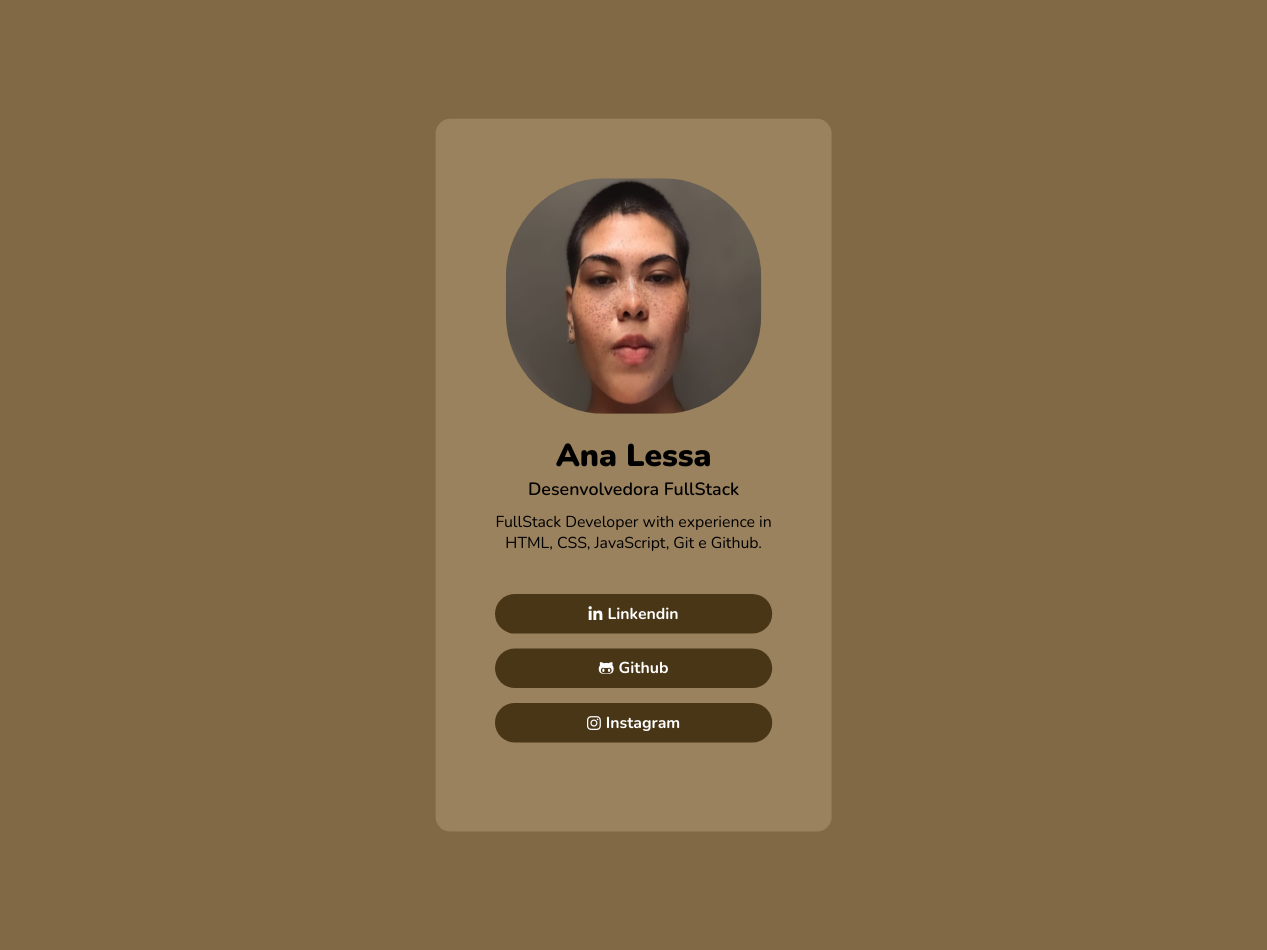
Repository: analessp/linktree
Page: index.html
An editor plug-in stored every save of this project. The page is shown before and after the next save, followed by the edit.
The browser window is 1280 px wide. The pictures show the whole page, at 99% of full size.

Above is the page before, as saved 2025-04-11 11:26:58.

### index.html
<!DOCTYPE html>
<html lang="pt-BR">
<head>
    <meta charset="UTF-8">
    <meta name="viewport" content="width=device-width, initial-scale=1.0">
    <title>Linktree Ana Lessa</title>
    <link rel="stylesheet" href="style.css">
    <link rel="preconnect" href="https://fonts.googleapis.com">
    <link rel="preconnect" href="https://fonts.gstatic.com" crossorigin>
    <link href="https://fonts.googleapis.com/css2?family=Nunito:ital,wght@0,200..1000;1,200..1000&display=swap" rel="stylesheet">
    <link rel="stylesheet" href="https://cdnjs.cloudflare.com/ajax/libs/font-awesome/6.5.0/css/all.min.css">
</head>
<body>
    <div class="container-main">
    <div class="container-image">
        <img src="./assets/img.jpg" alt="Foto de Ana Lessa">
    </div>
    <div class="container-infos">
        <h1>Ana Lessa</h1>
        <h2>Desenvolvedora FullStack</h2>
    </div>
    <div class="container-easter-egg">
        <p>FullStack Developer with experience in HTML, CSS, JavaScript, Git e Github.</p>
    </div>
    <div class="container-social-links">
        <ul>
            <a href="https://www.linkedin.com/in/ana-lessa-2a312a253/" target="_blank">
            <li>
            <i class="fa-brands fa-linkedin-in"></i>
            <p>Linkendin</p>
            </li></a>
            <a href="https://github.com/analessp" target="_blank">
            <li>
            <i class="fa-brands fa-github-alt"></i>
            <p>Github</p>
            </li></a>
            <a href="https://www.instagram.com/analessp/" target="_blank">
            <li>
            <i class="fa-brands fa-instagram"></i>
            <p>Instagram</p>
            </li></a>
        </ul>
    </div>
    </div>
</body>
</html>

### style.css
* {
    font-family: "Nunito", sans-serif;
    margin: 0;
    padding: 0;
    box-sizing: border-box;
}

body {
    background: #816946;
}

@keyframes gradientShift {
    0% { background-position: 0% 50%; }
    50% { background-position: 100% 50%; }
    100% { background-position: 0% 50%; }
  }

.container-main {
    background-color: #9b825e;
    width: 400px;
    height: 720px;
    box-sizing: border-box;
    margin: 120px auto;
    padding: 60px;
    border-radius: 15px;
    text-align: center;
}

.container-image img{
        width: 258px;
        height: 238px;
        border-radius: 100px;
}

.container-infos {
margin-top: 15px;
margin-bottom: 10px;
}

.container-infos h1 {
    font-weight: 900;
}

.container-infos h2 {
    font-weight: 600;
    font-size: 18px;
}

.container-social-links ul {
    list-style: none;
}

.container-social-links a {
    text-decoration: none;
    color: #ffffff;
}

.container-social-links {
    margin-top: 40px;
}

.container-social-links li {
    display: flex;
    justify-content: center;
    gap: 5px;
    align-items: center;
    width: 280px;
    height: 40px;
    background-color: #493617;
    margin: 15px 0;
    border-radius: 20px;
    font-weight: 700;
    transform-origin: 0.6s%;

    &:hover {
        background-color: bisque (0, 0, 0);
        transform: scale(1.1);
    }
}

After the next save:
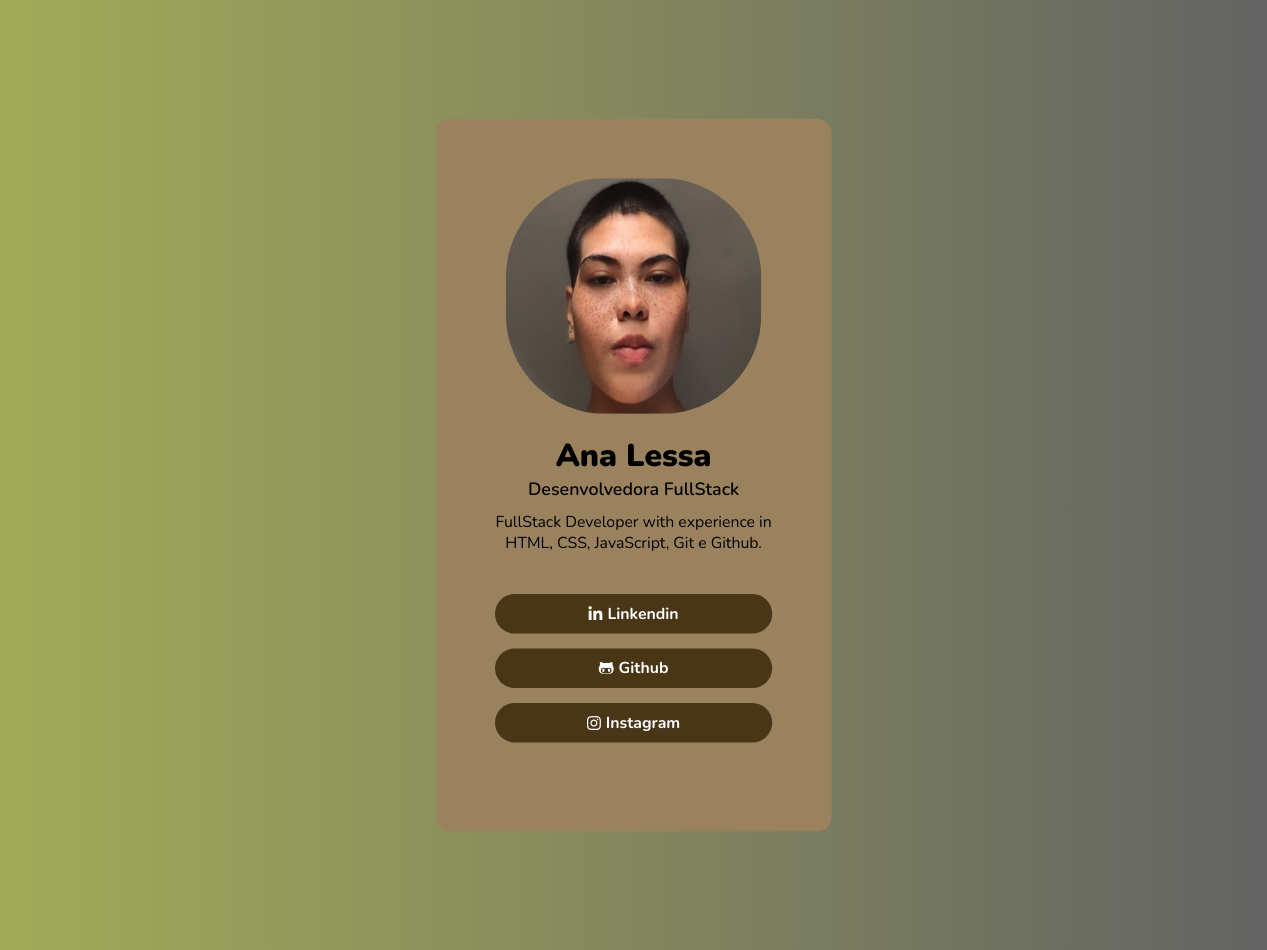
Saved 2 min 31 s later.
--- a/style.css
+++ b/style.css
@@ -6,7 +6,10 @@
 }
 
 body {
-    background: #816946;
+    background: #636363;  /* fallback for old browsers */
+background: -webkit-linear-gradient(to right, #a2ab58, #636363);  /* Chrome 10-25, Safari 5.1-6 */
+background: linear-gradient(to right, #a2ab58, #636363); /* W3C, IE 10+/ Edge, Firefox 16+, Chrome 26+, Opera 12+, Safari 7+ */
+
 }
 
 @keyframes gradientShift {
